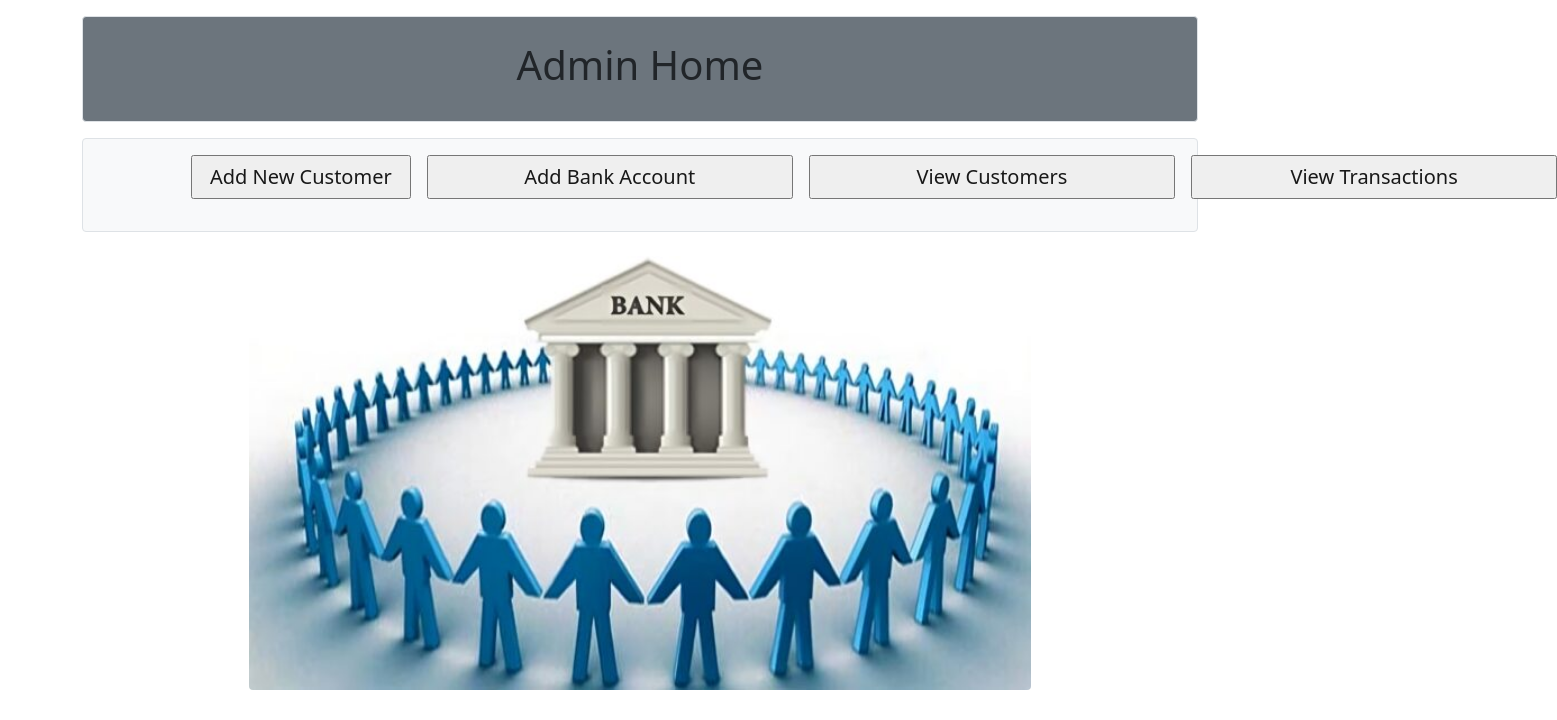
Repository: shivamaninalla/Bank-Application-JSP
Page: http://localhost/10-BankApplication/cust-home.jsp
These files come from the project's save history. The page is drawn as it stood at one moment and after the next save; the edit follows.
The browser window is 1280 px wide. The page is 1557 px wide, then 1315 px, so the pictures cover 1557 px, including what lies to the right of the window. The pictures show the whole page.
The page is served by Tomcat 9.

Above is the page before, as saved 2024-07-20 11:09:10.

After the next save:
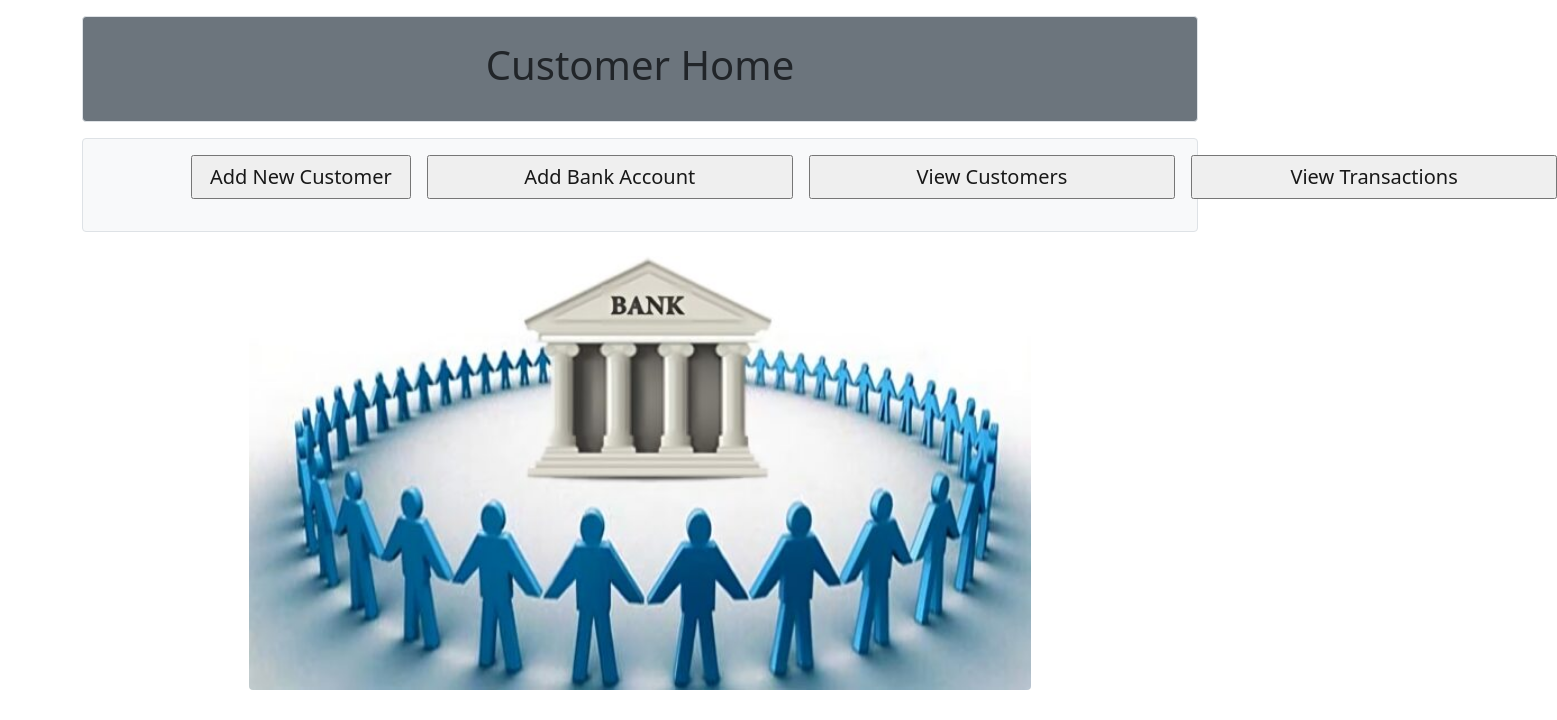
Saved 53 s later.
--- a/10-BankApplication/WebContent/cust-home.jsp
+++ b/10-BankApplication/WebContent/cust-home.jsp
@@ -18,7 +18,7 @@
 		<nav class="navbar bg-secondary border rounded p-4">
 			<div
 				class="container-fluid d-flex justify-content-center align-items-center">
-				<h1>Admin Home</h1>
+				<h1>Customer Home</h1>
 			</div>
 		</nav>
 
@@ -28,11 +28,11 @@
 			<form action="admin" method="get">
 				<nav class="navbar navbar-expand-lg bg-body-tertiary px-5">
 					<div class="container-fluid">
-						<input type="submit" name="admin-function"
+						<input type="submit" name="TransactionController"
 							value="Add New Customer" class="navbar-brand nav-link col-3" />
-						<input type="submit" name="admin-function"
+						<input type="submit" name="TransactionController"
 							value="Add Bank Account" class="navbar-brand nav-link col-5" />
-						<input type="submit" name="admin-function" value="View Customers"
+						<input type="submit" name="TransactionController" value="View Customers"
 							class="navbar-brand nav-link col-5" /> <input type="submit"
 							name="admin-function" value="View Transactions"
 							class="navbar-brand nav-link col-5" />

After the save that followed:
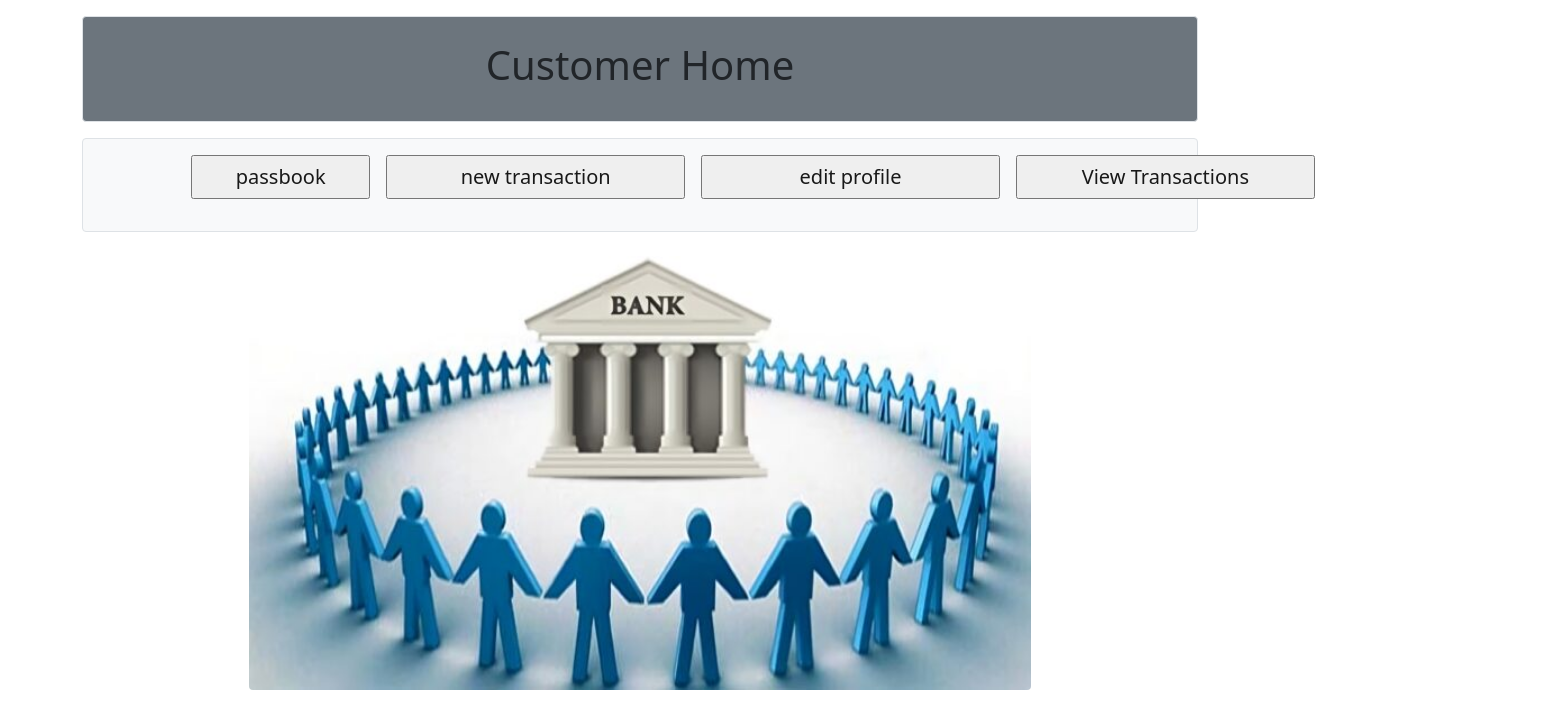
Saved 80 s later.
--- a/10-BankApplication/WebContent/cust-home.jsp
+++ b/10-BankApplication/WebContent/cust-home.jsp
@@ -29,10 +29,10 @@
 				<nav class="navbar navbar-expand-lg bg-body-tertiary px-5">
 					<div class="container-fluid">
 						<input type="submit" name="TransactionController"
-							value="Add New Customer" class="navbar-brand nav-link col-3" />
+							value="passbook" class="navbar-brand nav-link col-3" />
 						<input type="submit" name="TransactionController"
-							value="Add Bank Account" class="navbar-brand nav-link col-5" />
-						<input type="submit" name="TransactionController" value="View Customers"
+							value="new transaction" class="navbar-brand nav-link col-5" />
+						<input type="submit" name="TransactionController" value="edit profile"
 							class="navbar-brand nav-link col-5" /> <input type="submit"
 							name="admin-function" value="View Transactions"
 							class="navbar-brand nav-link col-5" />
